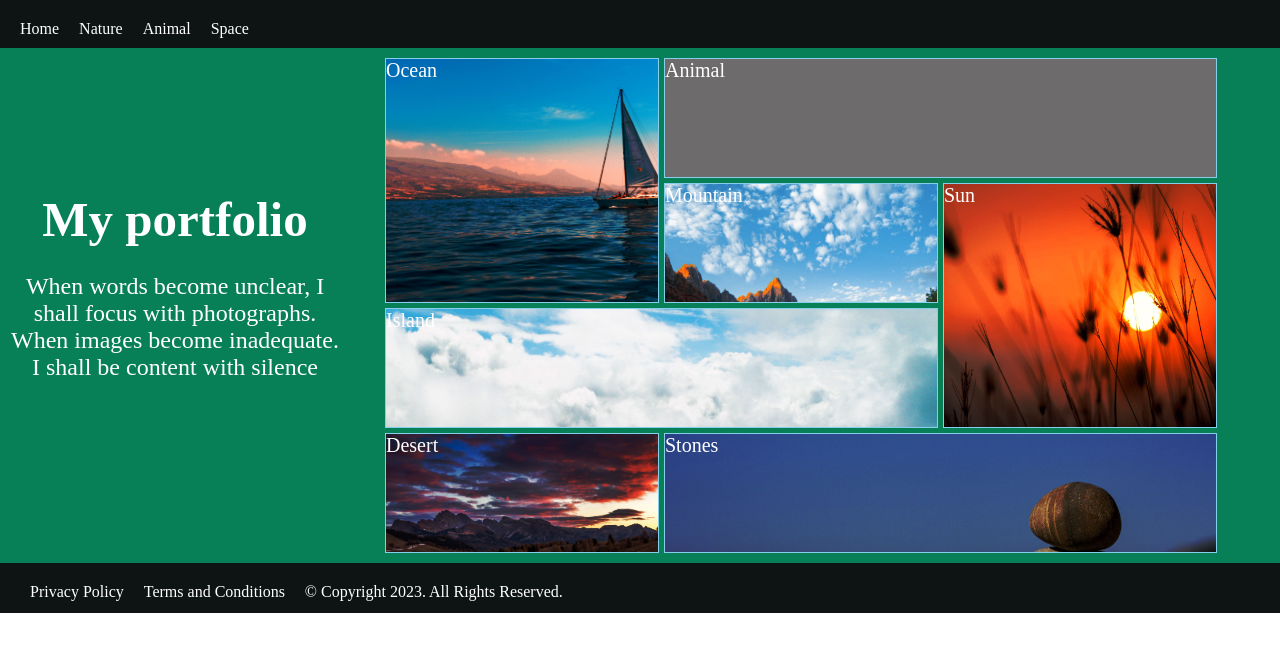
Repository: suraj-yadav7/03_Gallery_Portfolio
Page: index.html
These files come from the project's save history. The page is drawn as it stood at one moment and after the next save; the edit follows.
The browser window is 1280 px wide. The pictures show the whole page.
Pictures or frames that could not be fetched are drawn as grey boxes. Some web fonts or font styles are not loaded; a fallback is used.

Above is the page before, as saved 2023-02-14 21:27:02.

After the next save:
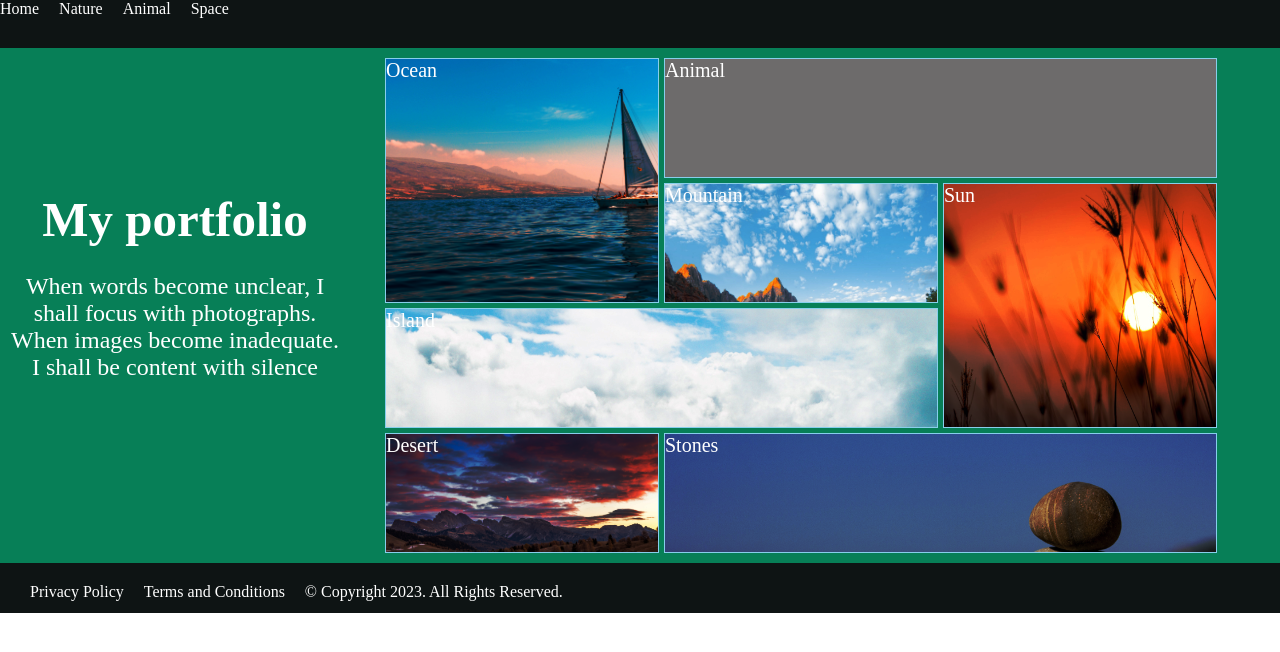
Saved 30 s later.
--- a/style.css
+++ b/style.css
@@ -34,7 +34,6 @@ a{
 /* Nav section */
 .nav-container{
     background-color: rgb(14, 20, 20);
-    padding: var(--padding-inline-section);
     font-family: 'Bodoni Moda', serif;
     font-size: 1rem;
     height: 3rem;
